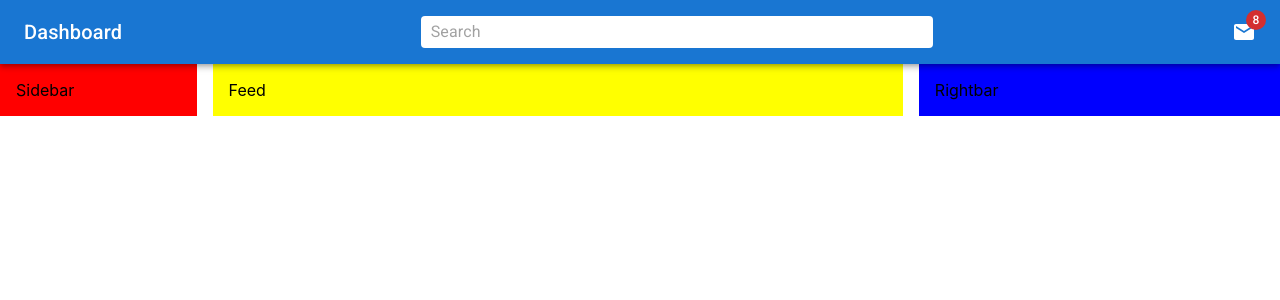
Repository: abubaker-cs/mui5_dashboard
Page: /
An editor plug-in stored every save of this project. The page is shown before and after the next save, followed by the edit.
The browser window is 1280 px wide. The pictures show the whole page.
The project was rebuilt for these pictures with package versions that can differ from the ones it lists, and the page was loaded fresh each time. Also part of the build but not shown: src/App.css.

Above is the page before, as saved 2022-07-17 06:17:53.

After the next save:
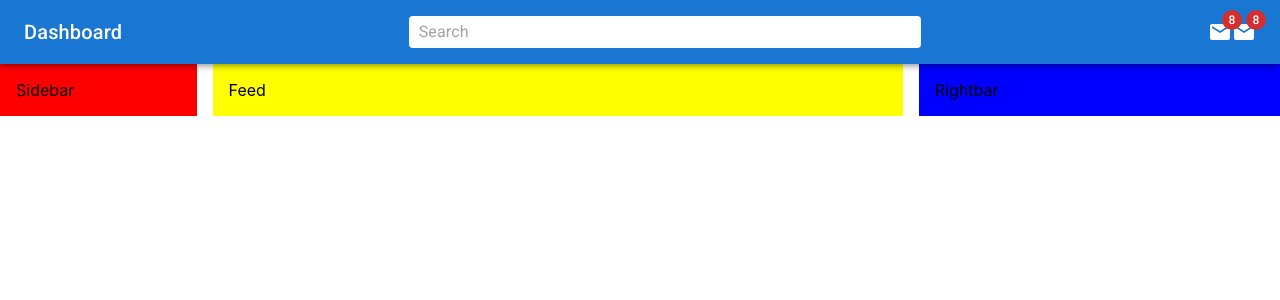
Saved 31 s later.
--- a/src/components/Navbar.jsx
+++ b/src/components/Navbar.jsx
@@ -56,6 +56,9 @@ const Navbar = () => {
           <Badge badgeContent={8} color="error">
             <Mail />
           </Badge>
+          <Badge badgeContent={8} color="error">
+            <Mail />{" "}
+          </Badge>
         </Icons>
       </StyledToolbar>
     </AppBar>
